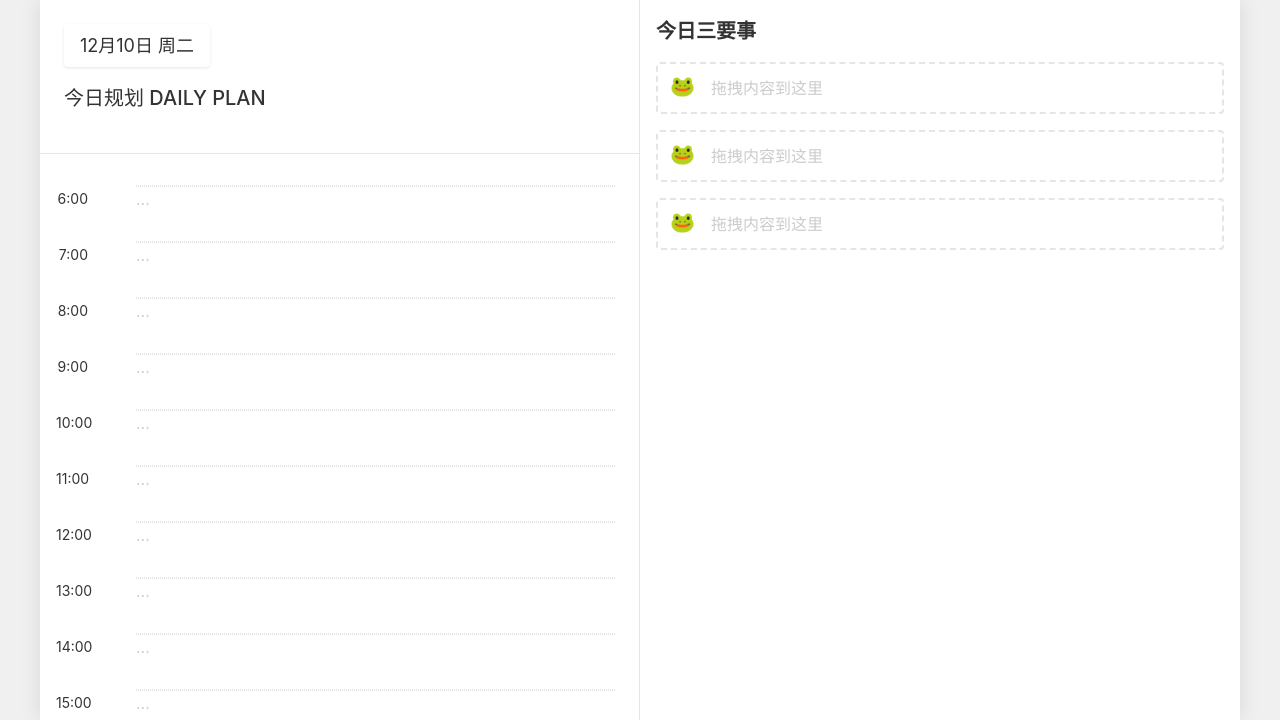
Repository: a6288a/Daily-Planner
Page: index.html
The author's editor kept a copy of each file at every save. The page is drawn from the files as they stood at one save, then again after the next save.
The browser window is 1280 px wide. The pictures show the whole page.
After loading, the first visible `#free-area` was clicked once.
An inner scrolling area shows only its first screen.

Above is the page before, as saved 2024-12-10 16:36:18.

### index.html
<!DOCTYPE html>
<html lang="zh">
<head>
    <meta charset="UTF-8">
    <meta name="viewport" content="width=device-width, initial-scale=1.0">
    <title>每日规划笔记本</title>
    <link rel="stylesheet" href="styles.css">
</head>
<body>
    <div class="container">
        <!-- 左侧时间轴区域 -->
        <div class="timeline-area">
            <!-- 顶部日期区域 -->
            <div class="date-header">
                <div class="current-date" id="current-date">
                    <!-- 日期将通过 JS 动态生成 -->
                </div>
                <h1 class="page-title">今日规划 DAILY PLAN</h1>
            </div>
            <div class="timeline-container" id="timeline-container">
                <!-- 时间轴将通过 JS 动态生成 -->
            </div>
        </div>

        <!-- 右侧区域 -->
        <div class="right-area">
            <!-- 三只青蛙区域 -->
            <div class="frogs-area">
                <h2 class="frogs-title">今日三要事</h2>
                <div class="frog-tasks">
                    <div class="frog-task" data-index="0">
                        <span class="frog-emoji">🐸</span>
                        <div class="task-content" data-placeholder="拖拽内容到这里"></div>
                    </div>
                    <div class="frog-task" data-index="1">
                        <span class="frog-emoji">🐸</span>
                        <div class="task-content" data-placeholder="拖拽内容到这里"></div>
                    </div>
                    <div class="frog-task" data-index="2">
                        <span class="frog-emoji">🐸</span>
                        <div class="task-content" data-placeholder="拖拽内容到这里"></div>
                    </div>
                </div>
            </div>

            <!-- 自由记录区域 -->
            <div class="free-area" id="free-area">
                <!-- 便签将通过 JS 动态生成 -->
            </div>
        </div>
    </div>
    <script src="script.js"></script>
</body>
</html>

### script.js
// 添加日期相关变量
let currentDate = new Date();
let currentDateKey = formatDateKey(currentDate);

// 修改数据结构
let dailyData = JSON.parse(localStorage.getItem('dailyData')) || {};
if (!dailyData[currentDateKey]) {
    dailyData[currentDateKey] = {
        timelineData: {},
        freeNotes: [],
        frogTasks: ['', '', '']
    };
}

// 初始化页面
document.addEventListener('DOMContentLoaded', () => {
    initializeDate();
    initializeTimeline();
    initializeFrogTasks();
    initializeFreeArea();
    loadDailyData();
});

// 初始化时间轴
function initializeTimeline() {
    const container = document.getElementById('timeline-container');
    container.innerHTML = ''; // 清空现有内容

    // 生成6:00-24:00的时间槽
    for (let hour = 6; hour <= 24; hour++) {
        const timeSlot = document.createElement('div');
        timeSlot.className = 'time-slot';

        const timeLabel = document.createElement('div');
        timeLabel.className = 'time-label';
        timeLabel.textContent = `${hour}:00`;

        const timeContent = document.createElement('div');
        timeContent.className = 'time-content';
        timeContent.contentEditable = true;
        timeContent.dataset.hour = hour;

        // 加载保存的数据
        if (dailyData[currentDateKey].timelineData[hour]) {
            timeContent.textContent = dailyData[currentDateKey].timelineData[hour];
        }

        // 保存输入的内容
        timeContent.addEventListener('blur', (e) => {
            const hour = e.target.dataset.hour;
            const oldContent = dailyData[currentDateKey].timelineData[hour];
            const newContent = e.target.textContent;

            // 更新时间轴数据
            dailyData[currentDateKey].timelineData[hour] = newContent;

            // 更新对应的青蛙任务
            if (oldContent) {
                dailyData[currentDateKey].frogTasks = dailyData[currentDateKey].frogTasks.map(task =>
                    task === oldContent ? newContent : task
                );
                updateFrogTasks();
            }

            saveToLocalStorage();
        });

        // 添加拖拽功能
        timeContent.draggable = true;
        timeContent.addEventListener('dragstart', handleDragStart);
        timeContent.addEventListener('dragover', handleDragOver);
        timeContent.addEventListener('drop', handleDrop);
        timeContent.addEventListener('dragend', handleDragEnd);

        // 防止冒泡
        timeContent.addEventListener('click', (e) => {
            e.stopPropagation();
        });

        timeSlot.appendChild(timeLabel);
        timeSlot.appendChild(timeContent);
        container.appendChild(timeSlot);
    }
}

// 初始化自由区域
function initializeFreeArea() {
    const freeArea = document.getElementById('free-area');

    // 点击空白处添加新便签
    freeArea.addEventListener('click', (e) => {
        if (e.target === freeArea) {
            const rect = freeArea.getBoundingClientRect();
            const x = e.clientX - rect.left;
            const y = e.clientY - rect.top;
            createNote(x, y);
        }
    });
}

// 创建新便签
function createNote(x, y, content = '') {
    const note = document.createElement('div');
    note.className = 'note';

    const header = document.createElement('div');
    header.className = 'note-header';
    header.style.cursor = 'grab';

    const deleteBtn = document.createElement('button');
    deleteBtn.className = 'delete-note';
    deleteBtn.innerHTML = '✕';
    deleteBtn.addEventListener('click', () => {
        // 删除便签时，检查是否需要清除青蛙区域的对应内容
        const noteId = note.dataset.id;
        dailyData[currentDateKey].frogTasks = dailyData[currentDateKey].frogTasks.map(task =>
            task && task.noteId === noteId ? null : task
        );
        updateFrogTasks();

        note.remove();
        const noteIndex = dailyData[currentDateKey].freeNotes.findIndex(n => n.id === noteId);
        if (noteIndex > -1) {
            dailyData[currentDateKey].freeNotes.splice(noteIndex, 1);
            saveToLocalStorage();
        }
    });

    const contentDiv = document.createElement('div');
    contentDiv.className = 'note-content';
    contentDiv.contentEditable = true;
    contentDiv.textContent = content;

    // 保存内容
    contentDiv.addEventListener('blur', () => {
        const noteData = {
            id: note.dataset.id,
            content: contentDiv.textContent,
            position: {
                x: parseFloat(note.style.left),
                y: parseFloat(note.style.top)
            }
        };

        const existingNoteIndex = dailyData[currentDateKey].freeNotes.findIndex(n => n.id === note.dataset.id);
        if (existingNoteIndex > -1) {
            dailyData[currentDateKey].freeNotes[existingNoteIndex] = noteData;
        } else {
            dailyData[currentDateKey].freeNotes.push(noteData);
        }

        // 更新青蛙区域中对应的内容
        dailyData[currentDateKey].frogTasks = dailyData[currentDateKey].frogTasks.map(task => {
            if (task && task.noteId === note.dataset.id) {
                return { ...task, content: contentDiv.textContent };
            }
            return task;
        });
        updateFrogTasks();
        saveToLocalStorage();
    });

    header.appendChild(deleteBtn);
    note.appendChild(header);
    note.appendChild(contentDiv);

    note.style.left = `${x}px`;
    note.style.top = `${y}px`;
    note.dataset.id = Date.now().toString();

    document.getElementById('free-area').appendChild(note);
    makeDraggable(note);
    makeNoteDraggableToFrogs(note);

    return note;
}

// 使元素可拖动
function makeDraggable(element) {
    const header = element.querySelector('.note-header');
    let isDragging = false;
    let longPressTimer;
    let initialX;
    let initialY;
    let currentX = 0;
    let currentY = 0;

    header.addEventListener('mousedown', (e) => {
        if (e.target.classList.contains('delete-note')) return;

        // 设置长按计时器
        longPressTimer = setTimeout(() => {
            isDragging = true;
            header.style.cursor = 'grabbing';

            initialX = e.clientX - currentX;
            initialY = e.clientY - currentY;
        }, 200); // 200ms的长按判定
    });

    document.addEventListener('mousemove', (e) => {
        if (!isDragging) return;

        e.preventDefault();
        currentX = e.clientX - initialX;
        currentY = e.clientY - initialY;

        element.style.transform = `translate3d(${currentX}px, ${currentY}px, 0)`;
    });

    document.addEventListener('mouseup', (e) => {
        clearTimeout(longPressTimer);

        if (!isDragging) return;

        isDragging = false;
        header.style.cursor = 'grab';

        const rect = document.getElementById('free-area').getBoundingClientRect();
        const finalX = e.clientX - rect.left - (e.clientX - initialX - currentX);
        const finalY = e.clientY - rect.top - (e.clientY - initialY - currentY);

        element.style.transform = 'none';
        element.style.left = `${finalX}px`;
        element.style.top = `${finalY}px`;

        const noteData = {
            id: element.dataset.id,
            content: element.querySelector('.note-content').textContent,
            position: { x: finalX, y: finalY }
        };

        const existingNoteIndex = dailyData[currentDateKey].freeNotes.findIndex(n => n.id === element.dataset.id);
        if (existingNoteIndex > -1) {
            dailyData[currentDateKey].freeNotes[existingNoteIndex] = noteData;
            saveToLocalStorage();
        }

        currentX = 0;
        currentY = 0;
    });

    // 防止鼠标移出窗口时没有触发mouseup
    document.addEventListener('mouseleave', () => {
        clearTimeout(longPressTimer);
        if (isDragging) {
            isDragging = false;
            header.style.cursor = 'grab';
            element.style.transform = 'none';
        }
    });
}

// 处理时间轴拖拽
function handleDragStart(e) {
    e.dataTransfer.setData('text/plain', e.target.textContent);
    e.target.classList.add('dragging');
}

function handleDragOver(e) {
    e.preventDefault();
}

function handleDrop(e) {
    e.preventDefault();
    const sourceHour = e.dataTransfer.getData('text/plain');
    const targetHour = e.target.dataset.hour;

    // 交换内容
    const temp = dailyData[currentDateKey].timelineData[sourceHour];
    dailyData[currentDateKey].timelineData[sourceHour] = dailyData[currentDateKey].timelineData[targetHour];
    dailyData[currentDateKey].timelineData[targetHour] = temp;

    // 更新显示
    loadDailyData();
}

// 初始化三只青蛙任务
function initializeFrogTasks() {
    const frogTasks = document.querySelectorAll('.frog-task');

    frogTasks.forEach(task => {
        task.addEventListener('dragover', (e) => {
            e.preventDefault();
            task.classList.add('drag-over');
        });

        task.addEventListener('dragleave', () => {
            task.classList.remove('drag-over');
        });

        task.addEventListener('drop', (e) => {
            e.preventDefault();
            task.classList.remove('drag-over');

            const noteId = e.dataTransfer.getData('note-id');
            const content = e.dataTransfer.getData('text/plain');
            const index = parseInt(task.dataset.index);

            // 更新青蛙任务数据，保存便签ID和内容
            dailyData[currentDateKey].frogTasks[index] = {
                noteId: noteId,
                content: content
            };

            updateFrogTasks();
            saveToLocalStorage();
        });
    });
}

// 格式化日期
function formatDate(date) {
    const month = date.getMonth() + 1;
    const day = date.getDate();
    const weekday = '日一二三四五六'.charAt(date.getDay());
    return `${month}月${day}日 周${weekday}`;
}

function formatDateKey(date) {
    return date.toISOString().split('T')[0];
}

// 加载当日数据
function loadDailyData() {
    // 清空现有内容
    document.getElementById('timeline-container').innerHTML = '';
    document.getElementById('free-area').innerHTML = '';

    // 加载时间轴数据
    initializeTimeline();

    // 加载便签
    dailyData[currentDateKey].freeNotes.forEach(note => {
        createNote(note.position.x, note.position.y, note.content);
    });

    // 加载青蛙任务
    const taskContents = document.querySelectorAll('.task-content');
    dailyData[currentDateKey].frogTasks.forEach((task, index) => {
        taskContents[index].textContent = task ? task.content : '';
    });
}

// 修改保存函数
function saveToLocalStorage() {
    localStorage.setItem('dailyData', JSON.stringify(dailyData));
}

// 初始化日期显示
function initializeDate() {
    const dateElement = document.getElementById('current-date');
    updateDateDisplay();

    dateElement.addEventListener('click', () => {
        const input = document.createElement('input');
        input.type = 'date';
        input.value = formatDateKey(currentDate); // 设置当前日期为默认值
        input.style.position = 'absolute';
        input.style.opacity = '0';
        input.style.pointerEvents = 'none';
        document.body.appendChild(input);

        input.showPicker();

        input.addEventListener('change', (e) => {
            currentDate = new Date(e.target.value);
            currentDateKey = formatDateKey(currentDate);
            if (!dailyData[currentDateKey]) {
                dailyData[currentDateKey] = {
                    timelineData: {},
                    freeNotes: [],
                    frogTasks: ['', '', '']
                };
            }
            updateDateDisplay();
            loadDailyData();
            input.remove();
        });
    });
}

// 添加更新日期显示的辅助函数
function updateDateDisplay() {
    const dateElement = document.getElementById('current-date');
    const formattedDate = formatDate(currentDate);
    dateElement.textContent = formattedDate;
}

// 使便签可拖拽到青蛙区域
function makeNoteDraggableToFrogs(note) {
    note.setAttribute('draggable', true);

    note.addEventListener('dragstart', (e) => {
        e.dataTransfer.setData('text/plain', note.querySelector('.note-content').textContent);
        e.dataTransfer.setData('note-id', note.dataset.id);
        note.classList.add('dragging');
    });

    note.addEventListener('dragend', () => {
        note.classList.remove('dragging');
    });
}

// 添加 handleDragEnd 函数
function handleDragEnd(e) {
    e.target.classList.remove('dragging');
}

// 更新青蛙任务显示
function updateFrogTasks() {
    const taskContents = document.querySelectorAll('.task-content');
    dailyData[currentDateKey].frogTasks.forEach((task, index) => {
        taskContents[index].textContent = task ? task.content : '';
    });
    saveToLocalStorage();
}

Loaded but not shown: styles.css (498 lines, source omitted)

After the next save:
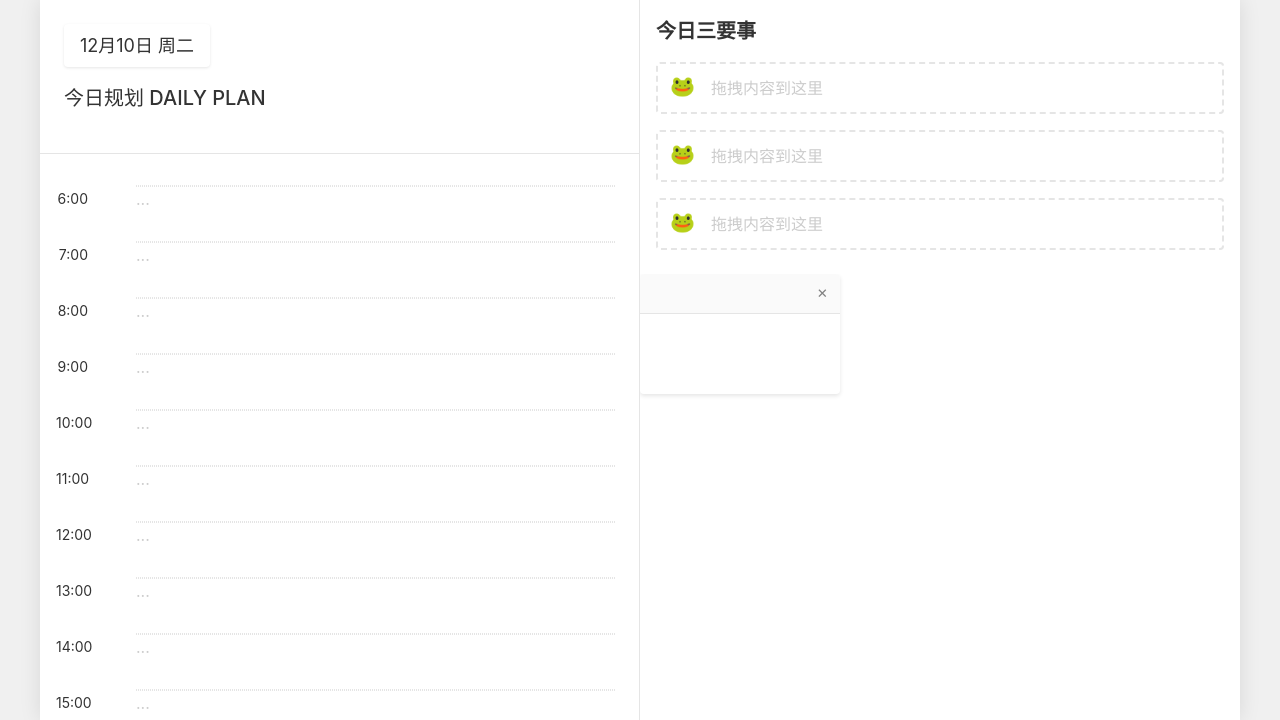
Saved 9 min 20 s later.
--- a/script.js
+++ b/script.js
@@ -111,7 +111,7 @@ function createNote(x, y, content = '') {
     deleteBtn.className = 'delete-note';
     deleteBtn.innerHTML = '✕';
     deleteBtn.addEventListener('click', () => {
-        // 删除便签时，检查是否需要清除青蛙区域的对应内容
+        // 删除便签时，检查是否需要清除青蛙区域的对应内���
         const noteId = note.dataset.id;
         dailyData[currentDateKey].frogTasks = dailyData[currentDateKey].frogTasks.map(task =>
             task && task.noteId === noteId ? null : task
@@ -164,8 +164,16 @@ function createNote(x, y, content = '') {
     note.appendChild(header);
     note.appendChild(contentDiv);
 
-    note.style.left = `${x}px`;
-    note.style.top = `${y}px`;
+    // 确保初始位置在边界内
+    const freeArea = document.getElementById('free-area');
+    const maxX = freeArea.clientWidth - 200; // 200px 是便签的最小宽度
+    const maxY = freeArea.clientHeight - 120; // 120px 是便签的最小高度
+
+    const boundedX = Math.max(0, Math.min(x, maxX));
+    const boundedY = Math.max(0, Math.min(y, maxY));
+
+    note.style.left = `${boundedX}px`;
+    note.style.top = `${boundedY}px`;
     note.dataset.id = Date.now().toString();
 
     document.getElementById('free-area').appendChild(note);
@@ -193,8 +201,9 @@ function makeDraggable(element) {
             isDragging = true;
             header.style.cursor = 'grabbing';
 
-            initialX = e.clientX - currentX;
-            initialY = e.clientY - currentY;
+            const rect = element.getBoundingClientRect();
+            initialX = e.clientX - rect.left;
+            initialY = e.clientY - rect.top;
         }, 200); // 200ms的长按判定
     });
 
@@ -202,42 +211,49 @@ function makeDraggable(element) {
         if (!isDragging) return;
 
         e.preventDefault();
-        currentX = e.clientX - initialX;
-        currentY = e.clientY - initialY;
-
-        element.style.transform = `translate3d(${currentX}px, ${currentY}px, 0)`;
-    });
-
-    document.addEventListener('mouseup', (e) => {
+
+        const freeArea = document.getElementById('free-area');
+        const freeAreaRect = freeArea.getBoundingClientRect();
+
+        // 计算新位置
+        let newX = e.clientX - freeAreaRect.left - initialX;
+        let newY = e.clientY - freeAreaRect.top - initialY;
+
+        // 添加边界限制
+        const maxX = freeAreaRect.width - element.offsetWidth;
+        const maxY = freeAreaRect.height - element.offsetHeight;
+
+        // 限制在自由区域内
+        newX = Math.max(0, Math.min(newX, maxX));
+        newY = Math.max(0, Math.min(newY, maxY));
+
+        element.style.left = `${newX}px`;
+        element.style.top = `${newY}px`;
+    });
+
+    document.addEventListener('mouseup', () => {
         clearTimeout(longPressTimer);
 
-        if (!isDragging) return;
-
-        isDragging = false;
-        header.style.cursor = 'grab';
-
-        const rect = document.getElementById('free-area').getBoundingClientRect();
-        const finalX = e.clientX - rect.left - (e.clientX - initialX - currentX);
-        const finalY = e.clientY - rect.top - (e.clientY - initialY - currentY);
-
-        element.style.transform = 'none';
-        element.style.left = `${finalX}px`;
-        element.style.top = `${finalY}px`;
-
-        const noteData = {
-            id: element.dataset.id,
-            content: element.querySelector('.note-content').textContent,
-            position: { x: finalX, y: finalY }
-        };
-
-        const existingNoteIndex = dailyData[currentDateKey].freeNotes.findIndex(n => n.id === element.dataset.id);
-        if (existingNoteIndex > -1) {
-            dailyData[currentDateKey].freeNotes[existingNoteIndex] = noteData;
-            saveToLocalStorage();
-        }
-
-        currentX = 0;
-        currentY = 0;
+        if (isDragging) {
+            isDragging = false;
+            header.style.cursor = 'grab';
+
+            // 保存最终位置
+            const noteData = {
+                id: element.dataset.id,
+                content: element.querySelector('.note-content').textContent,
+                position: {
+                    x: parseFloat(element.style.left),
+                    y: parseFloat(element.style.top)
+                }
+            };
+
+            const existingNoteIndex = dailyData[currentDateKey].freeNotes.findIndex(n => n.id === element.dataset.id);
+            if (existingNoteIndex > -1) {
+                dailyData[currentDateKey].freeNotes[existingNoteIndex] = noteData;
+                saveToLocalStorage();
+            }
+        }
     });
 
     // 防止鼠标移出窗口时没有触发mouseup
@@ -246,8 +262,12 @@ function makeDraggable(element) {
         if (isDragging) {
             isDragging = false;
             header.style.cursor = 'grab';
-            element.style.transform = 'none';
-        }
+        }
+    });
+
+    // 防止文本选中
+    header.addEventListener('selectstart', (e) => {
+        e.preventDefault();
     });
 }
 
